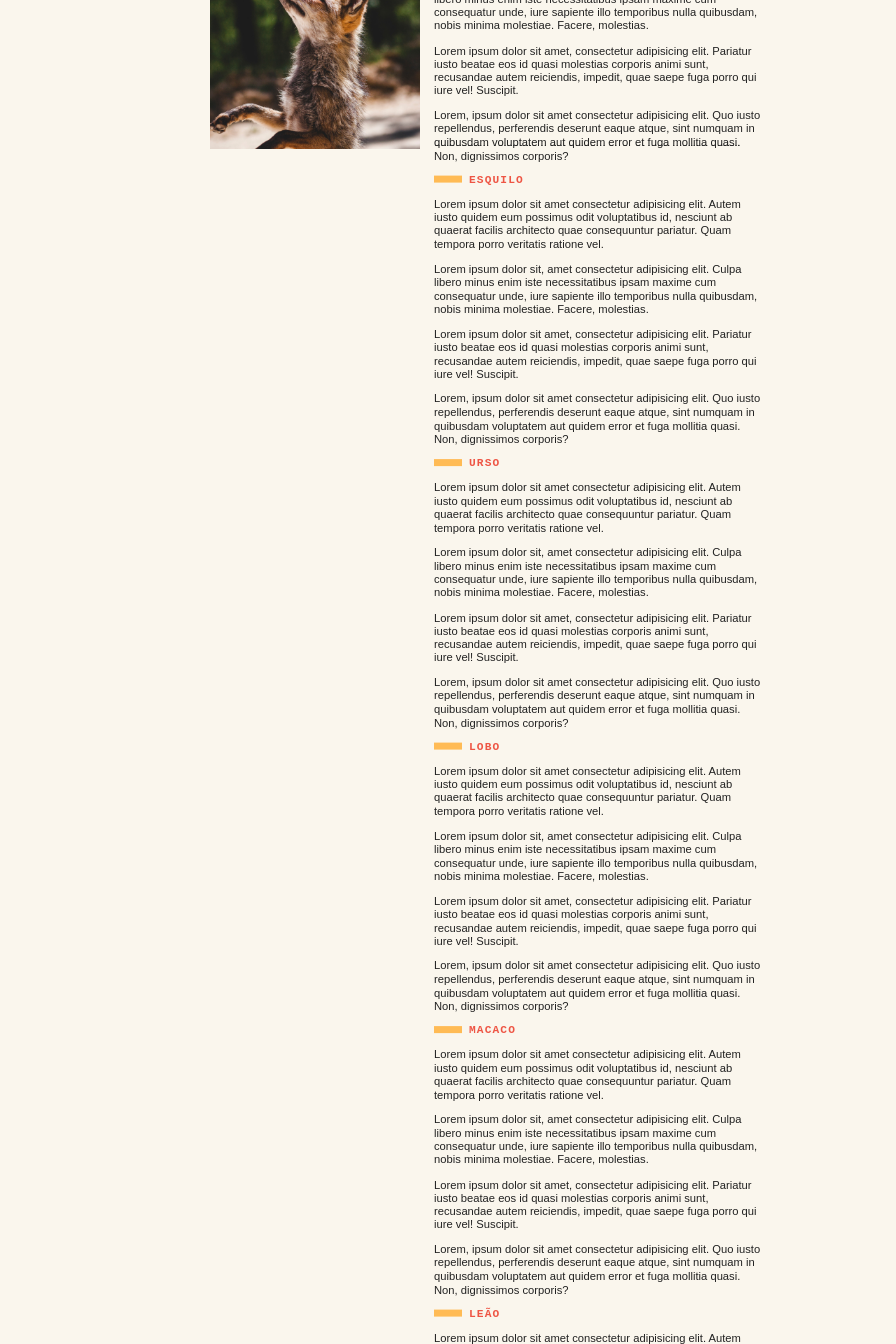
Repository: meiotera/animaisPagina
Page: index.html
These files come from the project's save history. The page is drawn as it stood at one moment and after the next save; the edit follows.
The browser window is 1280 px wide. The pictures show the part of the page from y = 547 to 2467 px (the page is 4098 px tall before and 4290 px after), at 70% of full size.

Above is the page before, as saved 2025-05-02 10:11:48.

### index.html
<!DOCTYPE html>
<html lang="en">

<head>
  <meta charset="UTF-8">
  <meta name="viewport" content="width=device-width, initial-scale=1.0">

  <link rel="stylesheet" href="css/style.css">
  <title>Animais</title>
</head>

<body>

  <nav class="menu">
    <ul>
      <li><a href="#animais">Animais</a></li>
      <li><a href="#faq">Faq</a></li>
      <li><a href="#contato">Contato</a></li>
      <li><a href="https://github.com/meiotera">Meu GitHub &rarr;</a></li>
    </ul>
  </nav>

  <section class="grid-section animais" id="animais">
    <h1 class="titulo">Animais Fantasticos</h1>

    <ul class="animais-lista">
      <li><img src="./img/imagem1.jpg" alt=""></li>
      <li><img src="./img/imagem2.jpg" alt=""></li>
      <li><img src="./img/imagem3.jpg" alt=""></li>
      <li><img src="./img/imagem4.jpg" alt=""></li>
      <li><img src="./img/imagem5.jpg" alt=""></li>
      <li><img src="./img/imagem6.jpg" alt=""></li>
    </ul>

    <div class="animais-descricao animais">
      <section class="animais">
        <h2>Raposa</h2>
        <p>Lorem ipsum dolor sit amet consectetur adipisicing elit. Autem iusto quidem eum possimus odit voluptatibus id, nesciunt ab quaerat facilis architecto quae consequuntur pariatur. Quam tempora porro veritatis ratione vel.</p>
        <p>Lorem ipsum dolor sit, amet consectetur adipisicing elit. Culpa libero minus enim iste necessitatibus ipsam maxime cum consequatur unde, iure sapiente illo temporibus nulla quibusdam, nobis minima molestiae. Facere, molestias.</p>
        <p>Lorem ipsum dolor sit amet, consectetur adipisicing elit. Pariatur iusto beatae eos id quasi molestias corporis animi sunt, recusandae autem reiciendis, impedit, quae saepe fuga porro qui iure vel! Suscipit.</p>
        <p>Lorem, ipsum dolor sit amet consectetur adipisicing elit. Quo iusto repellendus, perferendis deserunt eaque atque, sint numquam in quibusdam voluptatem aut quidem error et fuga mollitia quasi. Non, dignissimos corporis?</p>
      </section>

      <section>
        <h2>Esquilo</h2>
        <p>Lorem ipsum dolor sit amet consectetur adipisicing elit. Autem iusto quidem eum possimus odit voluptatibus id, nesciunt ab quaerat facilis architecto quae consequuntur pariatur. Quam tempora porro veritatis ratione vel.</p>
        <p>Lorem ipsum dolor sit, amet consectetur adipisicing elit. Culpa libero minus enim iste necessitatibus ipsam maxime cum consequatur unde, iure sapiente illo temporibus nulla quibusdam, nobis minima molestiae. Facere, molestias.</p>
        <p>Lorem ipsum dolor sit amet, consectetur adipisicing elit. Pariatur iusto beatae eos id quasi molestias corporis animi sunt, recusandae autem reiciendis, impedit, quae saepe fuga porro qui iure vel! Suscipit.</p>
        <p>Lorem, ipsum dolor sit amet consectetur adipisicing elit. Quo iusto repellendus, perferendis deserunt eaque atque, sint numquam in quibusdam voluptatem aut quidem error et fuga mollitia quasi. Non, dignissimos corporis?</p>
      </section>

      <section>
        <h2>Urso</h2>
        <p>Lorem ipsum dolor sit amet consectetur adipisicing elit. Autem iusto quidem eum possimus odit voluptatibus id, nesciunt ab quaerat facilis architecto quae consequuntur pariatur. Quam tempora porro veritatis ratione vel.</p>
        <p>Lorem ipsum dolor sit, amet consectetur adipisicing elit. Culpa libero minus enim iste necessitatibus ipsam maxime cum consequatur unde, iure sapiente illo temporibus nulla quibusdam, nobis minima molestiae. Facere, molestias.</p>
        <p>Lorem ipsum dolor sit amet, consectetur adipisicing elit. Pariatur iusto beatae eos id quasi molestias corporis animi sunt, recusandae autem reiciendis, impedit, quae saepe fuga porro qui iure vel! Suscipit.</p>
        <p>Lorem, ipsum dolor sit amet consectetur adipisicing elit. Quo iusto repellendus, perferendis deserunt eaque atque, sint numquam in quibusdam voluptatem aut quidem error et fuga mollitia quasi. Non, dignissimos corporis?</p>
      </section>

      <section>
        <h2>Lobo</h2>
        <p>Lorem ipsum dolor sit amet consectetur adipisicing elit. Autem iusto quidem eum possimus odit voluptatibus id, nesciunt ab quaerat facilis architecto quae consequuntur pariatur. Quam tempora porro veritatis ratione vel.</p>
        <p>Lorem ipsum dolor sit, amet consectetur adipisicing elit. Culpa libero minus enim iste necessitatibus ipsam maxime cum consequatur unde, iure sapiente illo temporibus nulla quibusdam, nobis minima molestiae. Facere, molestias.</p>
        <p>Lorem ipsum dolor sit amet, consectetur adipisicing elit. Pariatur iusto beatae eos id quasi molestias corporis animi sunt, recusandae autem reiciendis, impedit, quae saepe fuga porro qui iure vel! Suscipit.</p>
        <p>Lorem, ipsum dolor sit amet consectetur adipisicing elit. Quo iusto repellendus, perferendis deserunt eaque atque, sint numquam in quibusdam voluptatem aut quidem error et fuga mollitia quasi. Non, dignissimos corporis?</p>
      </section>

      <section>
        <h2>Macaco</h2>
        <p>Lorem ipsum dolor sit amet consectetur adipisicing elit. Autem iusto quidem eum possimus odit voluptatibus id, nesciunt ab quaerat facilis architecto quae consequuntur pariatur. Quam tempora porro veritatis ratione vel.</p>
        <p>Lorem ipsum dolor sit, amet consectetur adipisicing elit. Culpa libero minus enim iste necessitatibus ipsam maxime cum consequatur unde, iure sapiente illo temporibus nulla quibusdam, nobis minima molestiae. Facere, molestias.</p>
        <p>Lorem ipsum dolor sit amet, consectetur adipisicing elit. Pariatur iusto beatae eos id quasi molestias corporis animi sunt, recusandae autem reiciendis, impedit, quae saepe fuga porro qui iure vel! Suscipit.</p>
        <p>Lorem, ipsum dolor sit amet consectetur adipisicing elit. Quo iusto repellendus, perferendis deserunt eaque atque, sint numquam in quibusdam voluptatem aut quidem error et fuga mollitia quasi. Non, dignissimos corporis?</p>
      </section>

      <section>
        <h2>Leão</h2>
        <p>Lorem ipsum dolor sit amet consectetur adipisicing elit. Autem iusto quidem eum possimus odit voluptatibus id, nesciunt ab quaerat facilis architecto quae consequuntur pariatur. Quam tempora porro veritatis ratione vel.</p>
        <p>Lorem ipsum dolor sit, amet consectetur adipisicing elit. Culpa libero minus enim iste necessitatibus ipsam maxime cum consequatur unde, iure sapiente illo temporibus nulla quibusdam, nobis minima molestiae. Facere, molestias.</p>
        <p>Lorem ipsum dolor sit amet, consectetur adipisicing elit. Pariatur iusto beatae eos id quasi molestias corporis animi sunt, recusandae autem reiciendis, impedit, quae saepe fuga porro qui iure vel! Suscipit.</p>
        <p>Lorem, ipsum dolor sit amet consectetur adipisicing elit. Quo iusto repellendus, perferendis deserunt eaque atque, sint numquam in quibusdam voluptatem aut quidem error et fuga mollitia quasi. Non, dignissimos corporis?</p>
      </section>
    </div>
  </section>

  <section class="grid-section faq" id="faq">
    <h2>Faq</h2>

    <dl>
      <dt>Pergunta Um</dt>
      <dd>Lorem, ipsum dolor sit amet consectetur adipisicing elit. Molestias quasi magni, repudiandae eveniet ea voluptate commodi vitae repellendus quis ex excepturi placeat labore amet sint earum tenetur maxime ab perspiciatis.</dd>

      <dt>Pergunta Dois</dt>
      <dd>Lorem, ipsum dolor sit amet consectetur adipisicing elit. Molestias quasi magni, repudiandae eveniet ea voluptate commodi vitae repellendus quis ex excepturi placeat labore amet sint earum tenetur maxime ab perspiciatis.</dd>

      <dt>Pergunta Três</dt>
      <dd>Lorem, ipsum dolor sit amet consectetur adipisicing elit. Molestias quasi magni, repudiandae eveniet ea voluptate commodi vitae repellendus quis ex excepturi placeat labore amet sint earum tenetur maxime ab perspiciatis.</dd>

      <dt>Pergunta Quatro</dt>
      <dd>Lorem, ipsum dolor sit amet consectetur adipisicing elit. Molestias quasi magni, repudiandae eveniet ea voluptate commodi vitae repellendus quis ex excepturi placeat labore amet sint earum tenetur maxime ab perspiciatis.</dd>

      <dt>Pergunta Cinco</dt>
      <dd>Lorem, ipsum dolor sit amet consectetur adipisicing elit. Molestias quasi magni, repudiandae eveniet ea voluptate commodi vitae repellendus quis ex excepturi placeat labore amet sint earum tenetur maxime ab perspiciatis.</dd>
    </dl>
  </section>

  <section class="grid-section contato" id="contato">
    <h2>Contato</h2>

    <div class="mapa">
      <img src="img/mapa.png" alt="mapa">
    </div>

    <ul class="dados">
      <li>renan.programador@outlook.com</li>
      <li>+55(84) 9 99999999</li>
      <li>Rua do conde, nº 21</li>
      <li>Mossoró - RN</li>
    </ul>
  </section>


  <footer class="footer copy">
    <p>todos os direitos reservados.</p>
  </footer>
  <script src="script.js"></script>
</body>

</html>

### css/style.css
body,
h1,
h2,
h3,
ul,
li,
p,
dd,
dt,
dl,
a {
  margin: 0;
  padding: 0;
  list-style: none;
  text-decoration: none;
}

img {
  display: block;
  max-width: 100%;
}

body {
  background-color: #faf6ed;
  color: #222;
  display: grid;
  /* Colunas organizadas */
  grid-template-columns: 1fr 120px minmax(300px, 800px) 1fr;
}

/* MENU */
.menu {
  grid-column: 3/5;
  margin-top: 2rem;
  margin-bottom: 2rem;
  background-color: #fd5;
}

.menu ul {
  display: flex;
  flex-wrap: wrap;
  padding: 10px;
}

.menu li a {
  display: block;
  padding: 10px;
  margin-right: 10px;
  color: #222;
  text-decoration: none;
  font-family: monospace;
  font-weight: bold;
  text-transform: uppercase;
  font-size: 0.875rem;
  letter-spacing: 0.1rem;
}

/* Sessões */
.grid-section {
  grid-column: 2/4;
  width: 100%;
  box-sizing: border-box;
  padding: 10px;
  display: grid;
  grid-template-columns: 90px 300px 1fr;
  grid-gap: 20px;
  margin-bottom: 4rem;
}

.titulo {
  font-family: Georgia, 'Times New Roman', Times, serif;
  font-size: 7rem;
  line-height: 1;
  font-weight: normal;
  margin-bottom: 1rem;
  grid-column: 1/4;
}

.animais h2 {
  font-family: monospace;
  font-size: 1rem;
  text-transform: uppercase;
  letter-spacing: 0.1em;
  margin-bottom: 1rem;
  color: #e54;
}

.animais h2::before {
  content: '';
  display: inline-block;
  width: 40px;
  height: 10px;
  margin-right: 10px;
  background-color: #fb5;
}

.animais p {
  font-family: Arial, Helvetica, sans-serif;
  line-height: 1.2;
  margin-bottom: 1rem;
}

.animais-lista {
  height: 370px;
  overflow-y: scroll;
  grid-column: 2;
}

/* Scroll */
.animais-lista::-webkit-scrollbar {
  width: 18px;
}

.animais-lista::-webkit-scrollbar-thumb {
  background-color: #fb5;
  border-left: 4px solid #faf6ed;
  border-right: 4px solid #faf6ed;
}

.animais-lista::-webkit-scrollbar-track {
  background-color: #faf6ed;
}

.animais-descricao {
  grid-column: 3;
}

Loaded but not shown: script.js (no copy from this time; the picture is the same without it)

After the next save:
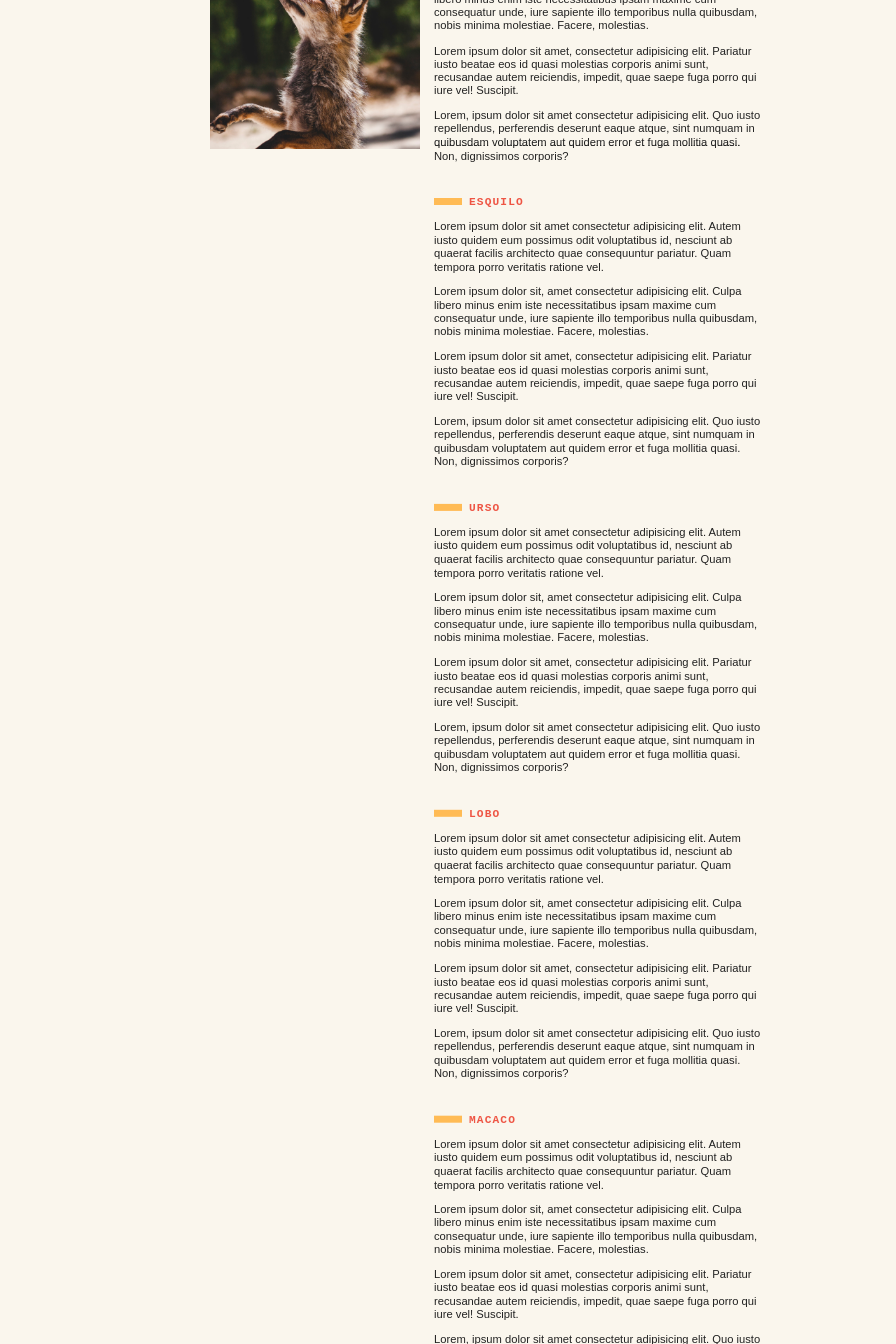
Saved 15 s later.
--- a/css/style.css
+++ b/css/style.css
@@ -124,3 +124,7 @@
 .animais-descricao {
   grid-column: 3;
 }
+
+.animais-descricao section {
+  margin-bottom: 3rem;
+}
